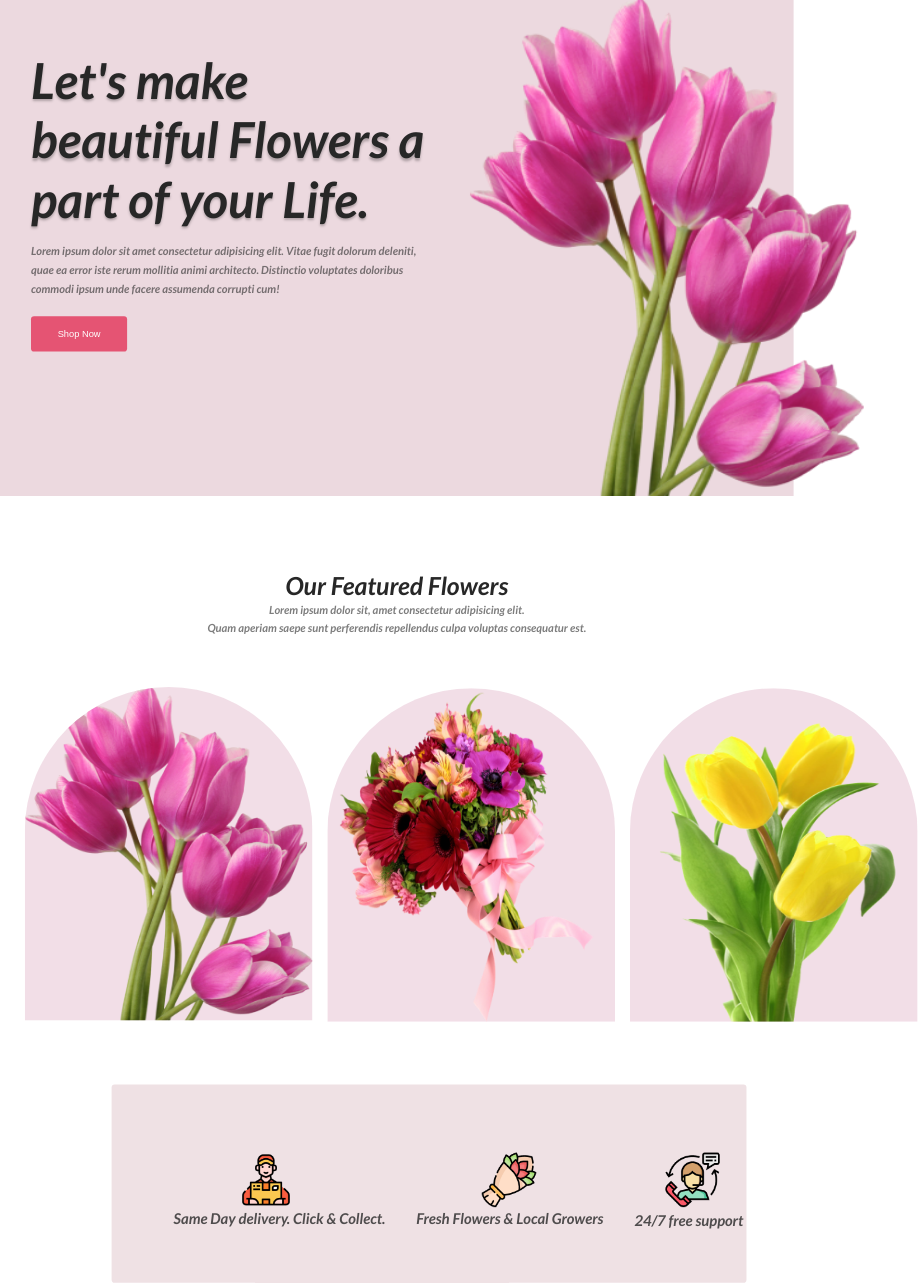
Repository: AnitaAkter/anita-flower-shop
Page: index.html
These files come from the project's save history. The page is drawn as it stood at one moment and after a run of saves; the edit follows.
The browser window is 1280 px wide. The page is 1480 px wide, then 1393 px, so the pictures cover 1480 px, including what lies to the right of the window. The pictures show the whole page, at 62% of full size.

Above is the page before, as saved 2023-09-05 22:09:05.

### index.html
<!DOCTYPE html>
<html lang="en">

<head>
    <meta charset="UTF-8">
    <meta http-equiv="X-UA-Compatible" content="IE=edge">
    <meta name="viewport" content="width=device-width, initial-scale=1.0">
    <title>Anita's Flower Shop</title>
    <link rel="preconnect" href="https://fonts.googleapis.com">
    <link rel="preconnect" href="https://fonts.gstatic.com" crossorigin>
    <link href="https://fonts.googleapis.com/css2?family=Lato:ital,wght@1,700&display=swap" rel="stylesheet">
    <link rel="stylesheet" href="style.css">
</head>

<body>
    <div>
        <!-- /* Header -section start */ -->
        <header>
            <div class="header-intro">
                <h1>Let's make <br> beautiful Flowers a <br>part of your Life.</h1>
                <div class="header-p">
                    <p>Lorem ipsum dolor sit amet consectetur adipisicing elit. Vitae fugit dolorum deleniti, quae ea
                        error
                        iste rerum mollitia animi architecto. Distinctio voluptates doloribus commodi ipsum unde facere
                        assumenda corrupti cum!</p>
                </div>
                <button class="header-btn">Shop Now</button>
            </div>
            <div class="header-pic">
                <img src="images/pngwing 6.png" alt="">
            </div>
        </header>
        <!-- /* Header -section end */ -->
        <main>
            <div class="flowers-info">
                <h3>Our Featured Flowers</h3>
                <p>Lorem ipsum dolor sit, amet consectetur adipisicing elit. <br>
                    Quam aperiam saepe sunt perferendis repellendus culpa voluptas consequatur est.
                </p>
            </div>
            <div class="flowers-add">
                <div class="flowers-img">
                    <div>
                        <img class="flowers" src="images/pngwing 6.png" alt="">
                    </div>

                    <img class="flowers" src="images/pngwing 5.png" alt="">
                    <img class="flowers" src="images/pngwing 7.png" alt="">
                </div>
            </div>






            <!-- Delivery section start -->
            <div class="delivery">
                <div class="delivery-img">
                    <div class="d-img">
                        <img src="images/Group 57.png" alt="">
                        <p>Same Day delivery. Click & Collect.</p>
                    </div>
                    <div class="d-img">
                        <img src="images/Group 58.png" alt="">
                        <p>Fresh Flowers & Local Growers</p>
                    </div>
                    <div>
                        <img src="images/Group 59.png" alt="">
                        <p>24/7 free support</p>
                    </div>
                </div>
            </div>
            <!-- Delivery section start -->
        </main>

    </div>
</body>

</html>

### style.css
/* Header -section start */

* {
    margin: 0;
    padding: 0;
    box-sizing: border-box;
}

body {
    font-family: 'Lato', sans-serif;
    font-weight: 900;
    width: 100%;
}

header {
    display: flex;
    background-color: hsl(342, 34%, 89%);
    width: 100%;
    height: 800px;
}

.header-intro {
    margin-top: 80px;
    margin-left: 50px;
    width: 708px;
    height: 506px;


}

.header-intro h1 {
    color: #272727;
    text-shadow: 0px 4px 4px rgba(0, 0, 0, 0.25);
    font-family: Lato;
    font-size: 80px;
    font-style: normal;
    font-weight: 800;
    line-height: normal;
    width: 708px;
    height: 310px;


}

.header-p {
    color: rgba(39, 39, 39, 0.60);
    font-family: Lato;
    font-size: 18px;
    font-style: normal;
    font-weight: 400;
    line-height: 30px;
    width: 634px;
    height: 120px;
    gap: 32px;



    /* 166.667% */
}

.header-btn {
    background-color: #E55473;
    border-radius: 5px;
    border: none;
    color: white;
    font-size: 15px;
    display: inline-flex;
    padding: 20px 43px;
    align-items: flex-start;
    gap: 10px;

}

.header-pic {
    width: 635px;
    height: 800px;
    margin-bottom: 0%;
    margin-right: auto;

}


.header-pic img {
    width: 635px;
    height: 800px;
    margin-bottom: 0%;
}

/* Header -section end */


/* flowers info styles */
.flowers-info {
    margin-top: 120px;
}

.flowers-info h3 {
    color: #272727;
    text-align: center;
    font-family: Lato;
    font-size: 40px;
    font-style: normal;
    font-weight: 800;
    line-height: normal;
}

.flowers-info p {
    color: rgba(39, 39, 39, 0.60);
    text-align: center;
    font-family: Lato;
    font-size: 18px;
    font-style: normal;
    font-weight: 400;
    line-height: 30px;
    /* 166.667% */
}


.flowers-add {
    margin-top: 80px;
    align-items: center;
    margin-left: 40px;


}

.flowers-img {
    display: flex;
    align-items: center;
    gap: 24px;
}

.flowers-img img {
    width: 464px;
    height: 538px;
    display: inline-flex;
    background-image: url('/images/Rectangle\ 3\ \(1\).png');
    align-content: center;
    border-radius: 300px 300px 0px 0px;
    background: rgba(167, 33, 98, 0.15);
    gap: 24px;

}

.flowers {

    width: 310px;
    height: 428px;
    flex-shrink: 0;
    align-content: center;

}





/* delivery section start */
.delivery {
    margin-top: 100px;
    margin-left: 180px;
    margin-right: 140px;
    background-color: #efe1e4;
    display: flex;
    width: 80%;
    height: 320px;
    border-radius: 5px;
    padding: 30px;
}

.delivery-img p {
    color: rgba(39, 39, 39, 0.80);

    font-family: Lato;
    font-size: 24px;
    font-style: normal;
    font-weight: 600;
    line-height: 35px;
    margin-left: -50px;


}

.delivery-img {
    display: inline-flex;
    margin-top: 80px;
    margin-left: 120px;
    gap: 100px;
    height: 30px;
    align-content: center;
    position: absolute;

}

.d-img img {
    display: grid;
    justify-content: center;
    margin-left: 55px;

}

After the next 4 saves:
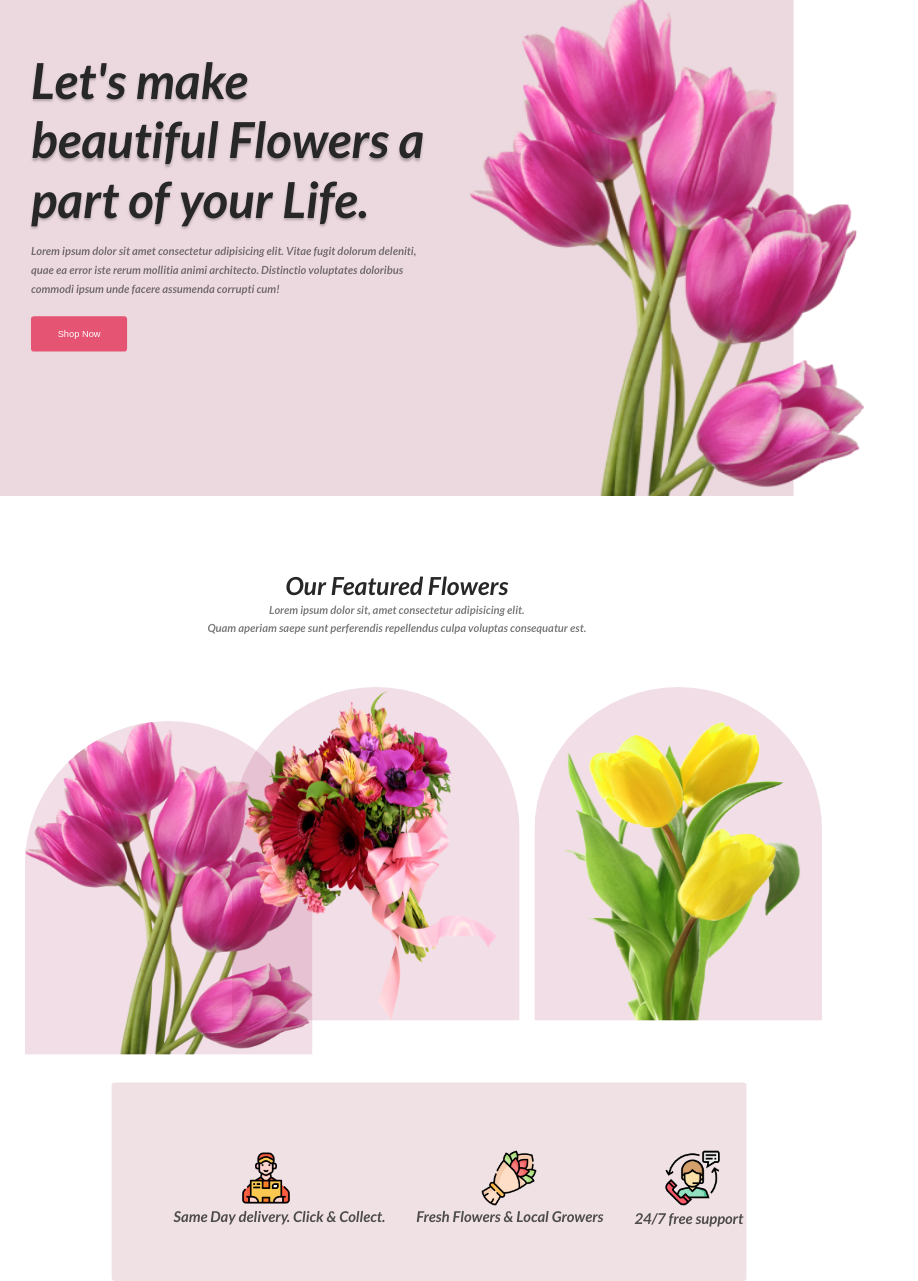
The 4 saves are shown as one change because they came seconds apart.
The last was saved 9 s later.
--- a/index.html
+++ b/index.html
@@ -40,8 +40,9 @@
             </div>
             <div class="flowers-add">
                 <div class="flowers-img">
-                    <div>
-                        <img class="flowers" src="images/pngwing 6.png" alt="">
+                    <div class="flowers">
+                        <img  src="images/pngwing 6.png" alt="">
+                        <p></p>
                     </div>
 
                     <img class="flowers" src="images/pngwing 5.png" alt="">
